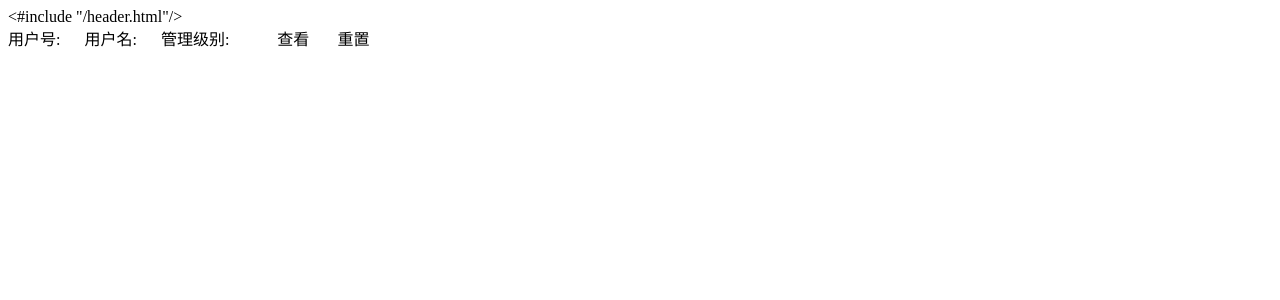
Repository: zhougz9527/yeweihui-v5
Page: yeweihui-admin/src/main/resources/templates/modules/director/director.html
These files come from the project's save history. The page is drawn as it stood at one moment and after the next save; the edit follows.
The browser window is 1280 px wide. The pictures show the whole page.

Above is the page before, as saved 2020-10-17 12:43:23.
Console error: ReferenceError: $ is not defined

After the next save:
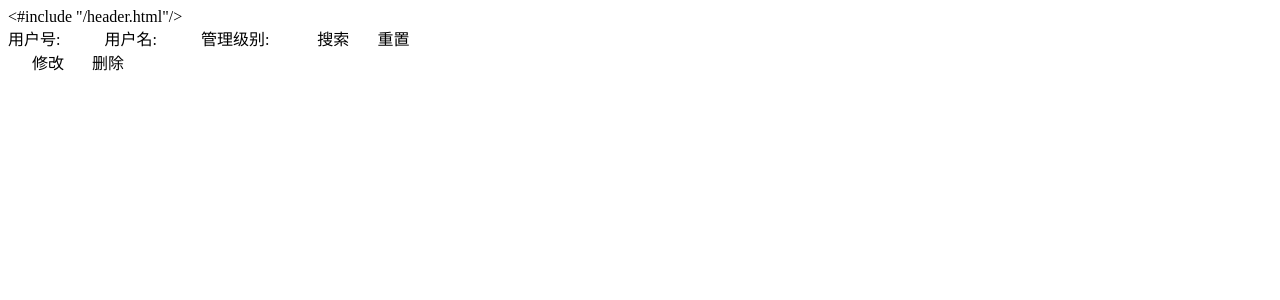
Saved 2 min 45 s later.
--- a/yeweihui-admin/src/main/resources/templates/modules/director/director.html
+++ b/yeweihui-admin/src/main/resources/templates/modules/director/director.html
@@ -10,9 +10,9 @@
     <div>
         <div class="inlinde-block">
             <div class="inlinde-block">用户号:</div>
-            <el-input v-model="userNum" placeholder=""></el-input>
+            <el-input style="width:200px;margin-right:20px" v-model="userNum" placeholder=""></el-input>
             <div class="inlinde-block">用户名:</div>
-            <el-input v-model="userName" placeholder=""></el-input>
+            <el-input style="width:200px;margin-right:20px" v-model="userName" placeholder=""></el-input>
             <div class="inlinde-block">管理级别:</div>
             <el-select v-model="rank" clearable placeholder="请选择">
                 <el-option
@@ -22,9 +22,13 @@
                         :value="item.id">
                 </el-option>
             </el-select>
-            <a class="btn btn-primary" @click=""><i class="fa fa-plus"></i>&nbsp;查看</a>
-            <a class="btn btn-primary" @click=""><i class="fa fa-plus"></i>&nbsp;重置</a>
+            <a class="btn btn-primary" @click="">&nbsp;搜索</a>
+            <a class="btn btn-primary" @click="">&nbsp;重置</a>
         </div>
+    </div>
+    <div>
+        <a class="btn btn-primary" @click="">&nbsp;修改</a>
+        <a class="btn btn-primary" @click="">&nbsp;删除</a>
     </div>
     <div>
         <!-- <table id="jqGrid"></table>
